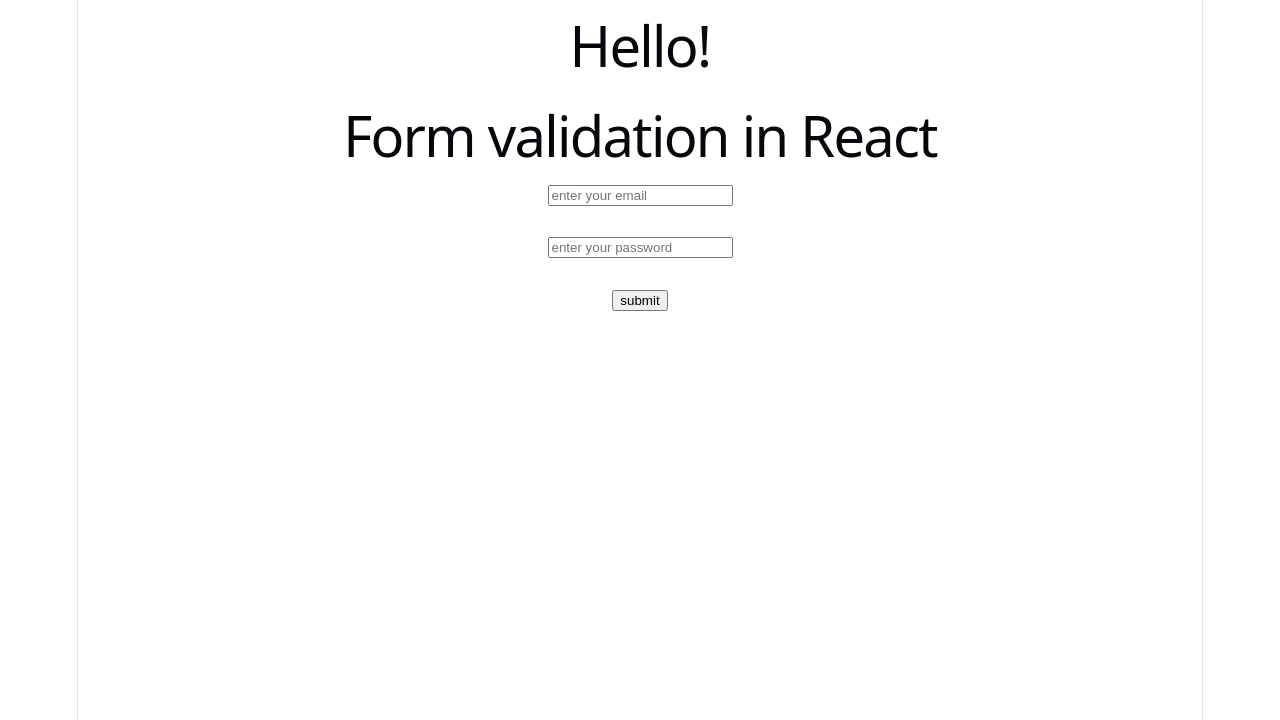
Repository: Gulzarokz/React_Course_Review
Page: / (app in vite-Project/)
An editor plug-in stored every save of this project. The page is shown before and after the next save, followed by the edit.
The browser window is 1280 px wide. The pictures show the whole page.
The project was rebuilt for these pictures with package versions that can differ from the ones it lists, and the page was loaded fresh each time. Also part of the build but not shown: vite-Project/vite.config.js, vite-Project/src/App.css.

Above is the page before, as saved 2026-04-21 15:21:43.

After the next save:
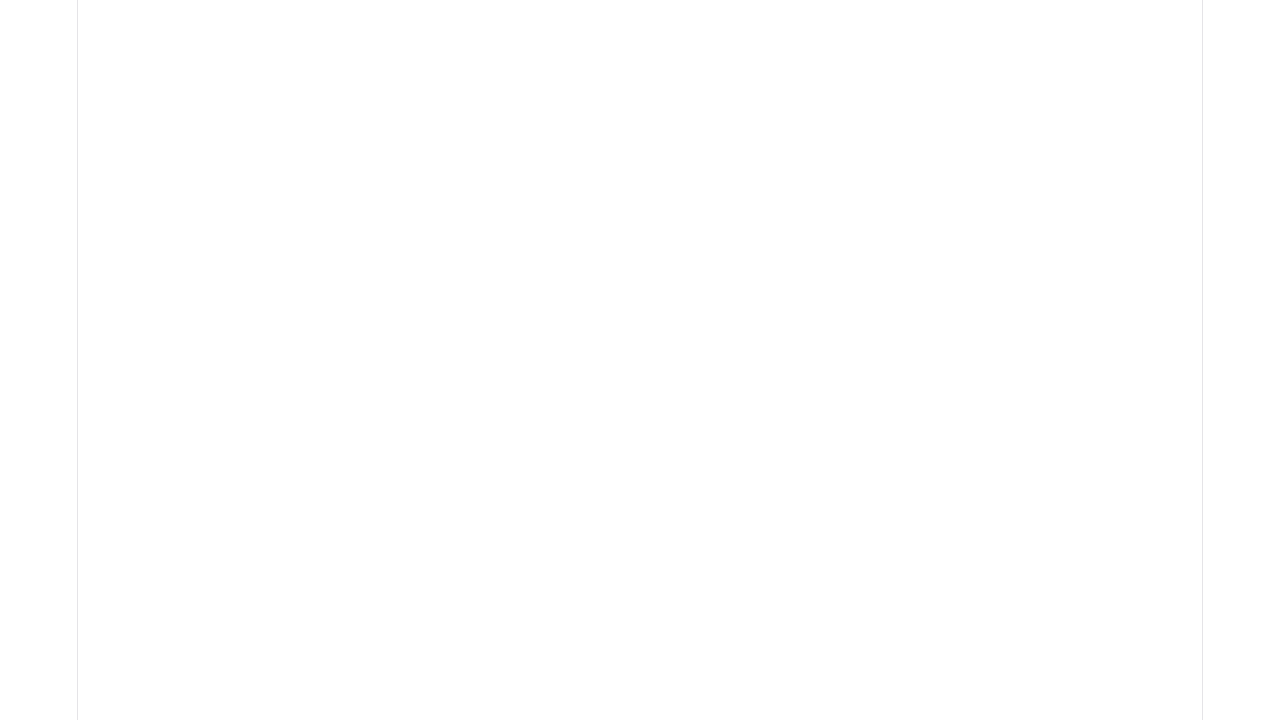
Console error: ReferenceError: err is not defined
Saved 2 min 43 s later.
--- a/vite-Project/src/FormValidation.jsx
+++ b/vite-Project/src/FormValidation.jsx
@@ -3,7 +3,7 @@ import React, { useState } from 'react'
 function FormValidation() {
     const [email, setEmail] = useState("")
     const [password, setPassword] = useState("")
-    const [err, setErr] = useState(false)
+    const [errEmail, setEmailErr] = useState(false)
     const [errPass, setPassErr] = useState(false)
 
     function formData(e) {
@@ -12,12 +12,12 @@ function FormValidation() {
 
     function emailhandler(e) {
         let value = e.target.value
-        setEmail(value)
+        setEmailErr(value)
 
         if (value.length < 5) {
-            setErr(true)
+            setEmailErr(true)
         } else {
-            setErr(false)
+            setEmailErr(false)
         }
     }
 

After the save that followed:
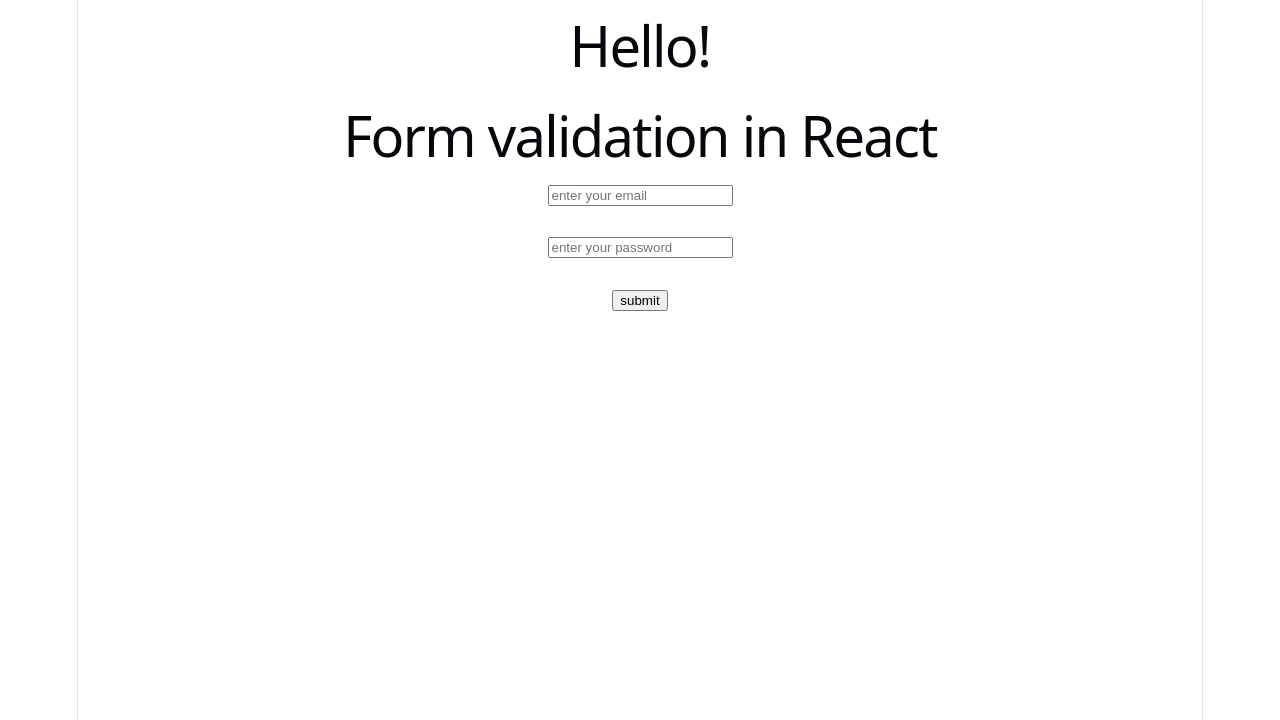
The error is gone.
Saved 30 s later.
--- a/vite-Project/src/FormValidation.jsx
+++ b/vite-Project/src/FormValidation.jsx
@@ -44,7 +44,7 @@ function FormValidation() {
                     value={email}
                 />
 
-                {err && <span> minimum required 5 characters</span>}
+                {errEmail && <span> minimum required 5 characters</span>}
 
                 <br /><br />
 
